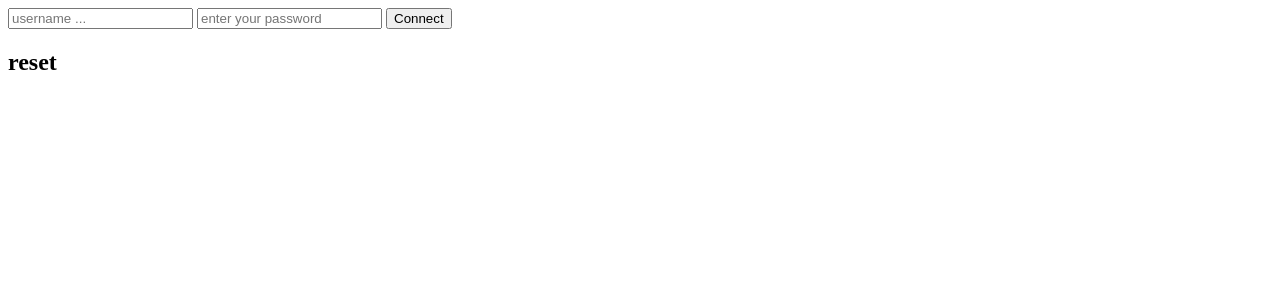
Repository: beva3/javaScrypt
Page: filter/index.html
An editor plug-in stored every save of this project. The page is shown before and after the next save, followed by the edit.
The browser window is 1280 px wide. The pictures show the whole page.

Above is the page before, as saved 2024-05-11 22:29:44.

### filter/index.html
<!DOCTYPE html>
<html lang="en">
<head>
    <meta charset="UTF-8">
    <meta name="viewport" content="width=device-width, initial-scale=1.0">
    <title>filter</title>
</head>
<body>
    <div class="session">
        <form>
            <input type="text" placeholder="username ..." required >
            <input type="password"  id="passwd" placeholder="enter your password" required>
            <input type="submit" value="Connect">
        </form>
    </div>
    <div class="message">
        <h2>reset </h2>
    </div>
</body>
</html>

After the next save:
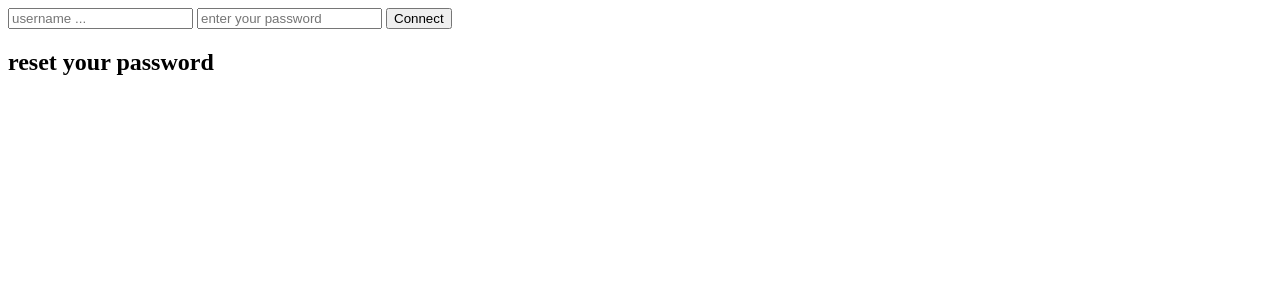
Saved 5 s later.
--- a/filter/index.html
+++ b/filter/index.html
@@ -14,7 +14,7 @@
         </form>
     </div>
     <div class="message">
-        <h2>reset </h2>
+        <h2>reset your password</h2>
     </div>
 </body>
 </html>
